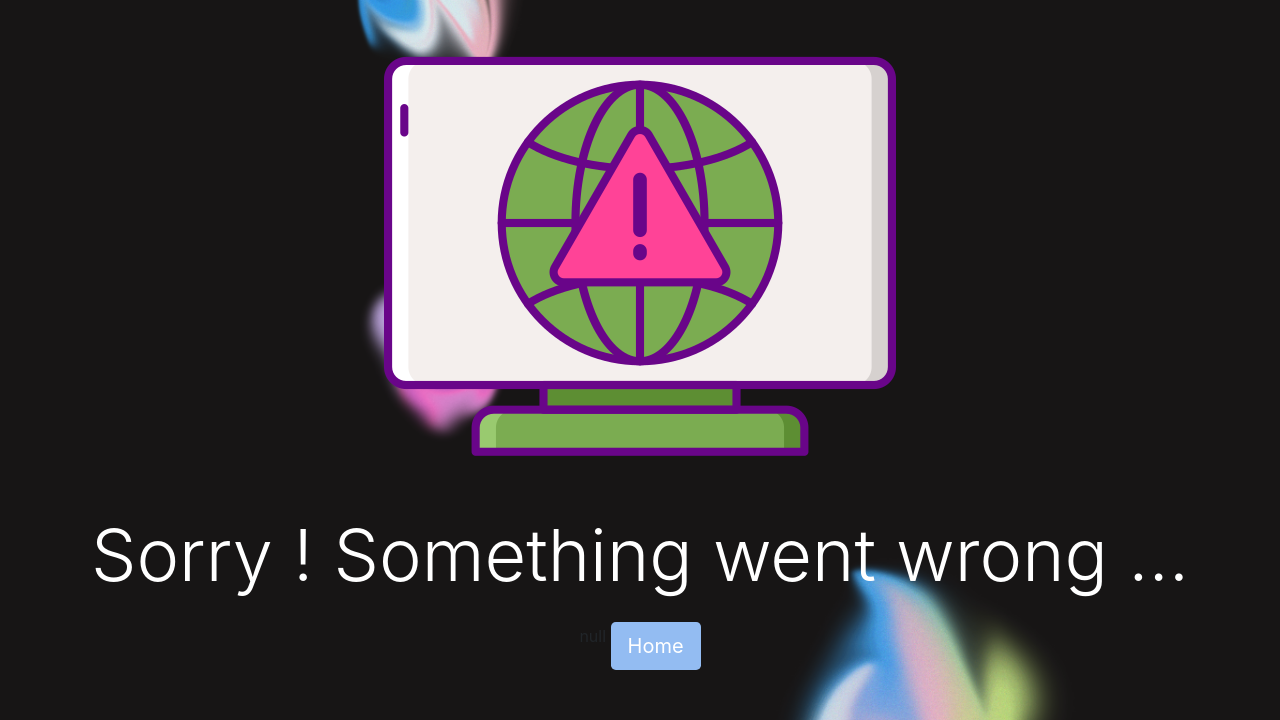
Repository: WafaBenyettou/Blog
Page: http://localhost/Blog/error_page.jsp
These files come from the project's save history. The page is drawn as it stood at one moment and after the next save; the edit follows.
The browser window is 1280 px wide. The pictures show the whole page.
The page is served by Tomcat 9. Other server files are loaded and not shown.

Above is the page before, as saved 2023-06-06 16:01:35.

### Blog/src/main/webapp/error_page.jsp
<%@page contentType="text/html" pageEncoding="UTF-8"%>
<%@page isErrorPage="true" %>
<!DOCTYPE html>
<html>
    <head>
        <meta http-equiv="Content-Type" content="text/html; charset=UTF-8">
        <title>Sorry ! something went wrong...</title>

        <!--css-->
        <link rel="stylesheet" href="https://maxcdn.bootstrapcdn.com/bootstrap/4.0.0/css/bootstrap.min.css" integrity="sha384-Gn5384xqQ1aoWXA+058RXPxPg6fy4IWvTNh0E263XmFcJlSAwiGgFAW/dAiS6JXm" crossorigin="anonymous">
        <link href="css/mystyle.css" rel="stylesheet" type="text/css"/>
        <link rel="stylesheet" href="https://cdnjs.cloudflare.com/ajax/libs/font-awesome/4.7.0/css/font-awesome.min.css">
        <style>
          body{
                background:url(img/background.png);
                background-size: cover;
                background-attachment: fixed;
            }
        </style>

    </head>
    <body>
        <div class="container text-center">
            <img src="img/error.png" class="img-fluid" >
            <h3 class="display-3 text-white">Sorry ! Something went wrong ...</h3>
            <%= exception%>
            <a href="index.jsp" class="btn primary-background btn-lg text-white mt-3">Home </a>
        </div>


    </body>
</html>

### Blog/src/main/webapp/css/mystyle.css
body{

}
.primary-background{
    background:#93bcf2!important;
}

After the next save:
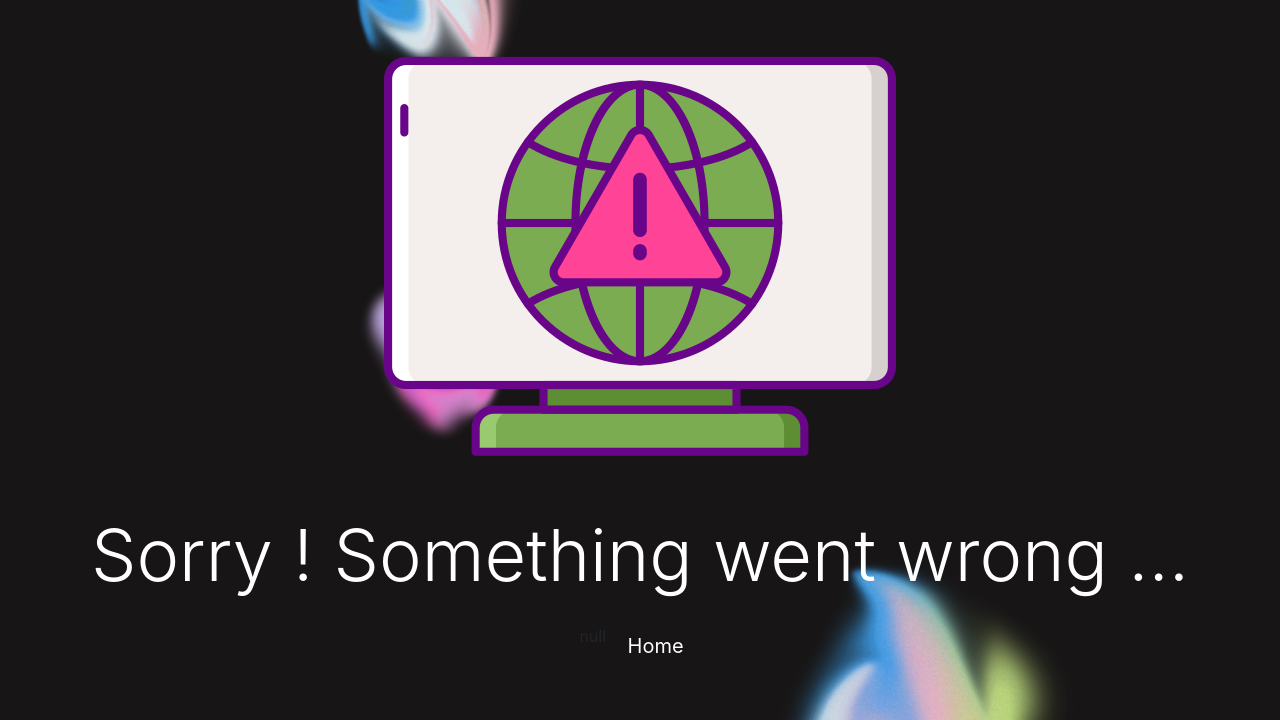
Saved 39 s later.
--- a/Blog/src/main/webapp/error_page.jsp
+++ b/Blog/src/main/webapp/error_page.jsp
@@ -24,7 +24,7 @@
             <img src="img/error.png" class="img-fluid" >
             <h3 class="display-3 text-white">Sorry ! Something went wrong ...</h3>
             <%= exception%>
-            <a href="index.jsp" class="btn primary-background btn-lg text-white mt-3">Home </a>
+            <a href="index.jsp" class="btn btn-lg text-white mt-3">Home </a>
         </div>
 
 

After the save that followed:
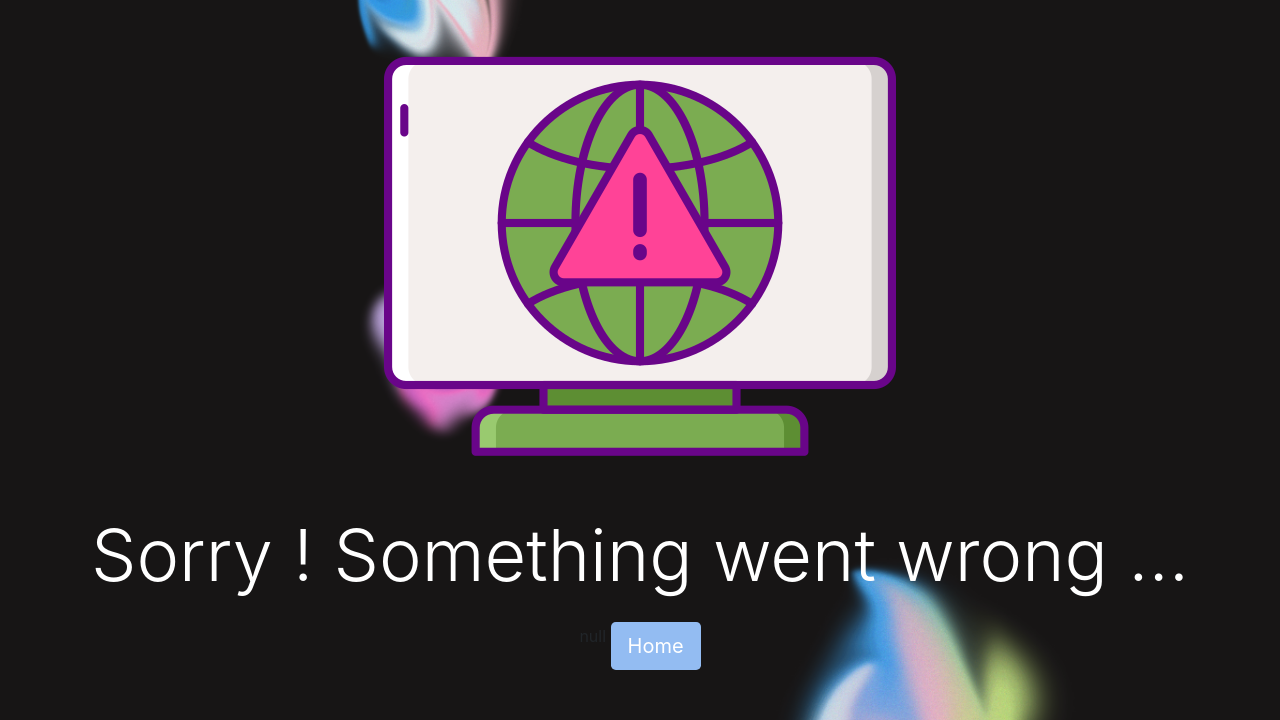
Saved 33 s later.
--- a/Blog/src/main/webapp/error_page.jsp
+++ b/Blog/src/main/webapp/error_page.jsp
@@ -24,7 +24,7 @@
             <img src="img/error.png" class="img-fluid" >
             <h3 class="display-3 text-white">Sorry ! Something went wrong ...</h3>
             <%= exception%>
-            <a href="index.jsp" class="btn btn-lg text-white mt-3">Home </a>
+            <a href="index.jsp" class="btn primary-background btn-lg text-white mt-3">Home </a>
         </div>
 
 
